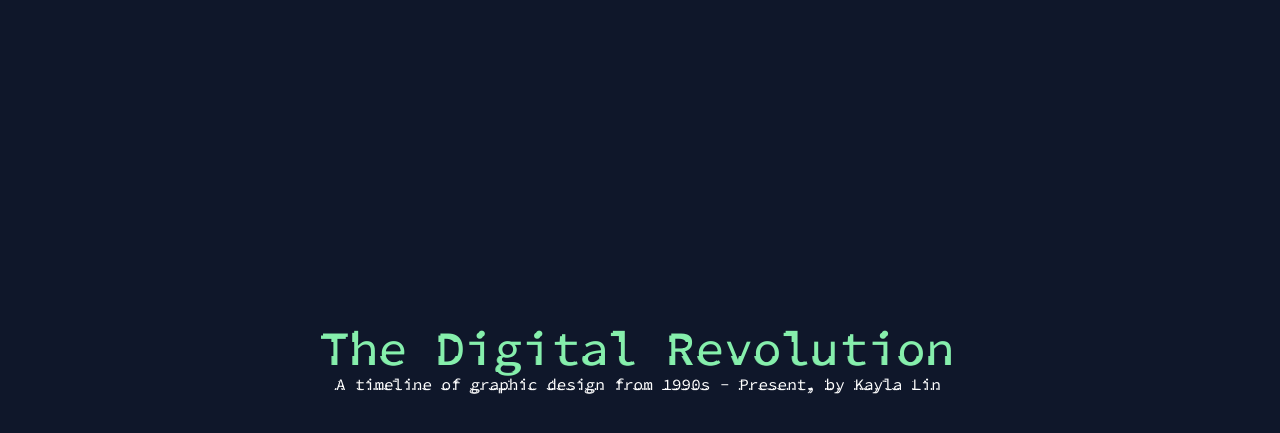
Repository: kayla-lin/graphic-design-timeline
Page: /
These files come from the project's save history. The page is drawn as it stood at one moment and after the next save; the edit follows.
The browser window is 1280 px wide. The pictures show the whole page.
The project was rebuilt for these pictures with package versions that can differ from the ones it lists, and the page was loaded fresh each time. The framework's server and built-in components were replaced by stand-ins that run in the browser. Also part of the build but not shown: next.config.js.

Above is the page before, as saved 2023-05-01 19:07:11.

### pages/index.tsx
import Image from "next/image";
import { Source_Code_Pro } from "next/font/google";
import Introduction from "./components/Introduction";

const source = Source_Code_Pro({ subsets: ["latin"] });

export default function Home() {
  return (
    <main className={`${source.className} bg-slate-900`}>
      <Introduction />
    </main>
  );
}

### styles/globals.css
@tailwind base;
@tailwind components;
@tailwind utilities;

@import url("https://fonts.googleapis.com/css?family=Fira+Mono:400");

.glitch {
  animation: glitch 1s linear infinite;
}

@keyframes glitch {
  2%,
  64% {
    transform: translate(2px, 0) skew(0deg);
  }
  4%,
  60% {
    transform: translate(-2px, 0) skew(0deg);
  }
  62% {
    transform: translate(0, 0) skew(5deg);
  }
}

.glitch:before,
.glitch:after {
  content: attr(title);
  position: absolute;
  left: 0;
}

.glitch:before {
  animation: glitchTop 1s linear infinite;
  clip-path: polygon(0 0, 100% 0, 100% 33%, 0 33%);
  -webkit-clip-path: polygon(0 0, 100% 0, 100% 33%, 0 33%);
}

@keyframes glitchTop {
  2%,
  64% {
    transform: translate(2px, -2px);
  }
  4%,
  60% {
    transform: translate(-2px, 2px);
  }
  62% {
    transform: translate(13px, -1px) skew(-13deg);
  }
}

.glitch:after {
  animation: glitchBotom 1.5s linear infinite;
  clip-path: polygon(0 67%, 100% 67%, 100% 100%, 0 100%);
  -webkit-clip-path: polygon(0 67%, 100% 67%, 100% 100%, 0 100%);
}

@keyframes glitchBotom {
  2%,
  64% {
    transform: translate(-2px, 0);
  }
  4%,
  60% {
    transform: translate(-2px, 0);
  }
  62% {
    transform: translate(-22px, 5px) skew(21deg);
  }
}

### pages/components/Introduction/index.tsx
import React from "react";

const Introduction = () => {
  return (
    <section className="h-screen w-screen text-white flex flex-col justify-center items-center">
      <h1
        title="The Digital Revolution"
        className="glitch text-5xl text-green-300"
      >
        The Digital Revolution
      </h1>
      <div
        className="glitch"
        title="A timeline of graphic design from 1990s - Present, by Kayla Lin"
      >
        A timeline of graphic design from 1990s - Present, by Kayla Lin
      </div>
    </section>
  );
};

export default Introduction;

Loaded but not shown: pages/_app.tsx (common file); pages/_document.tsx (common file); tailwind.config.js (common file)

After the next save:
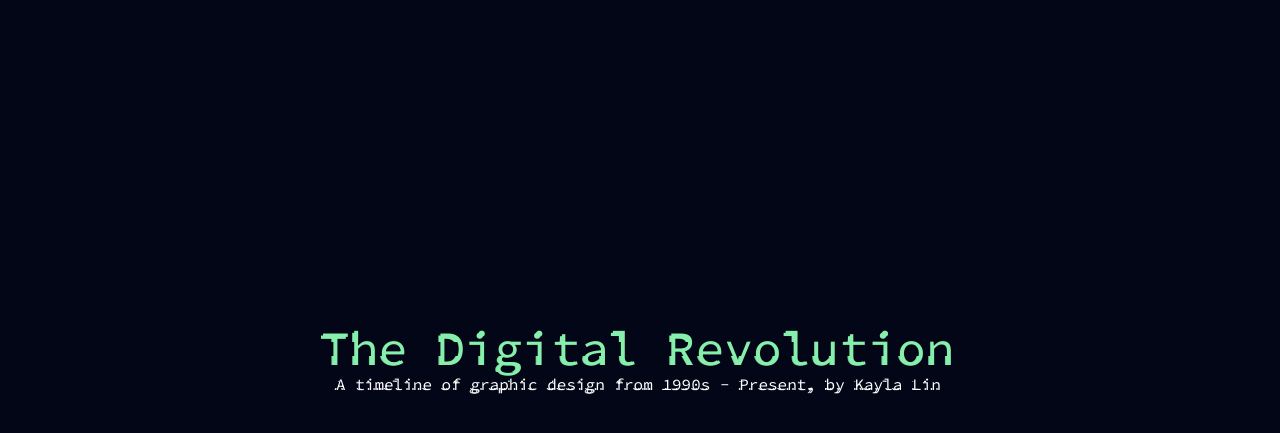
Saved 34 s later.
--- a/pages/index.tsx
+++ b/pages/index.tsx
@@ -6,7 +6,7 @@
 
 export default function Home() {
   return (
-    <main className={`${source.className} bg-slate-900`}>
+    <main className={`${source.className} bg-slate-950`}>
       <Introduction />
     </main>
   );
